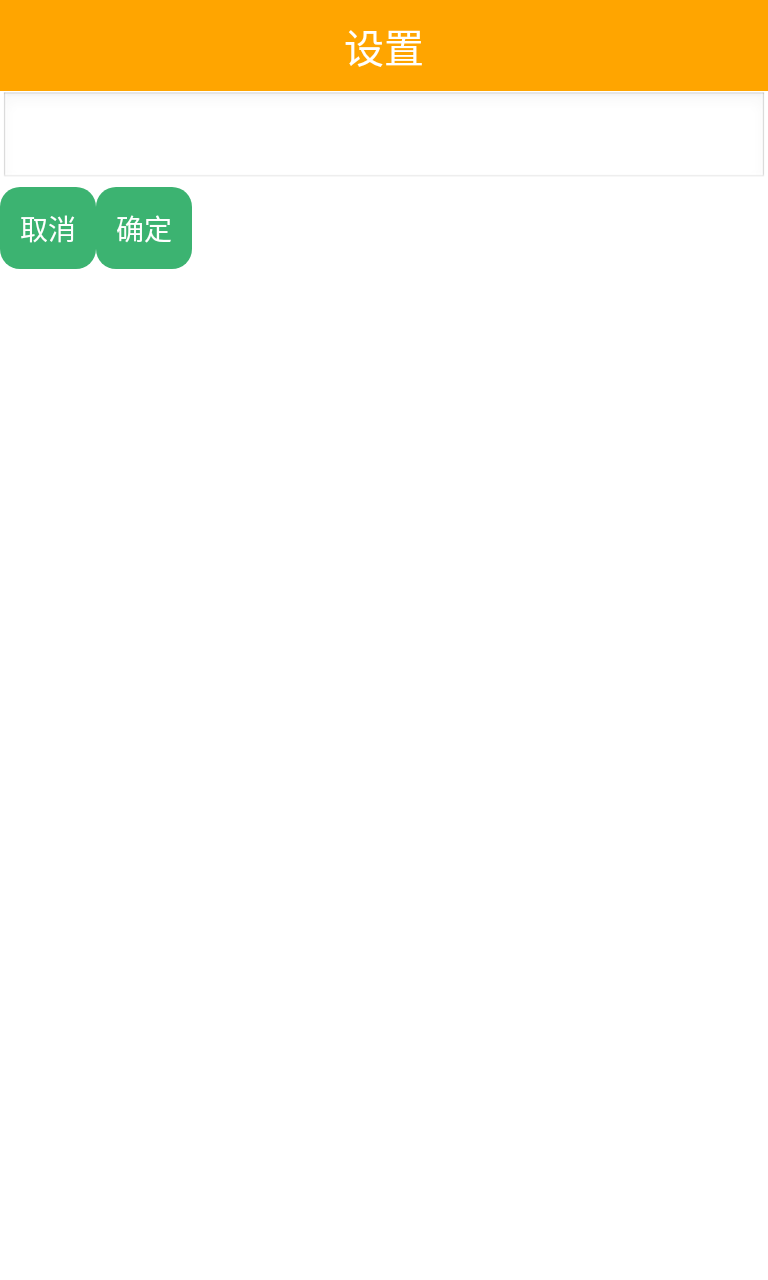
Repository: blanks1314/sysnc_android
Layout: UpayDemo/res/layout/activity_modifyinfo.xml
An editor plug-in stored every save of this project. The layout is shown before and after the next save, followed by the edit.
It is drawn on a 768 x 1280 px phone screen (xhdpi) without system bars, with theme AppTheme; the app's code is not run.

Above is the layout before, as saved 2015-04-30 02:19:49.

After the next save:
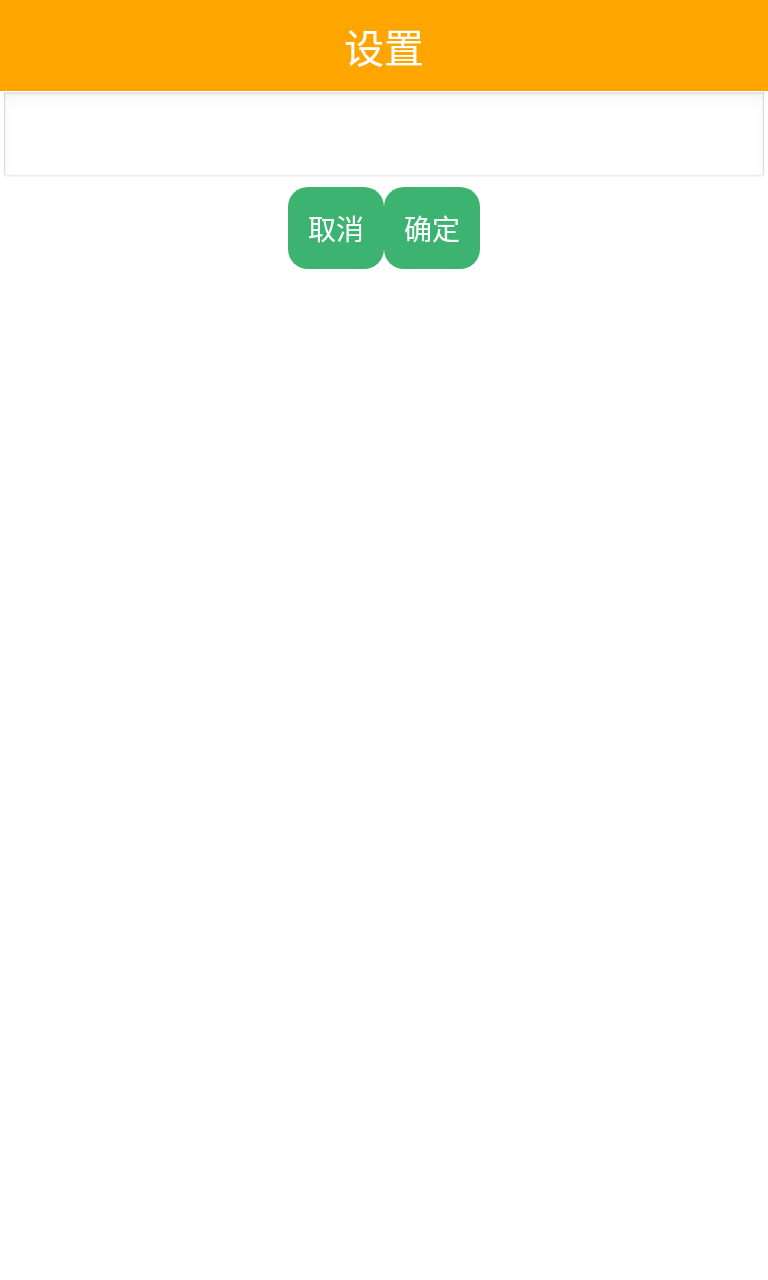
Saved 27 s later.
--- a/UpayDemo/res/layout/activity_modifyinfo.xml
+++ b/UpayDemo/res/layout/activity_modifyinfo.xml
@@ -22,7 +22,8 @@
     <LinearLayout
         android:layout_width="match_parent"
         android:layout_height="match_parent"
-        android:orientation="horizontal" >
+        android:orientation="horizontal"
+        android:gravity="center_horizontal" >
         <Button
         android:id="@+id/btn_cancel"
         style="@style/btn_style_2"
